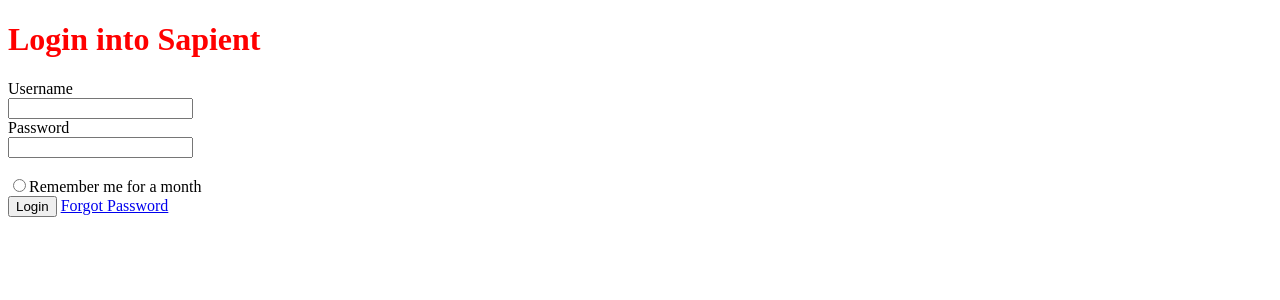
Repository: sauran/SapientTraining
Page: DemoProject/WebContent/Login.html
The author's editor kept a copy of each file at every save. The page is drawn from the files as they stood at one save, then again after the next save.
The browser window is 1280 px wide. The pictures show the whole page.

Above is the page before, as saved 2015-09-15 10:01:18.

After the next save:
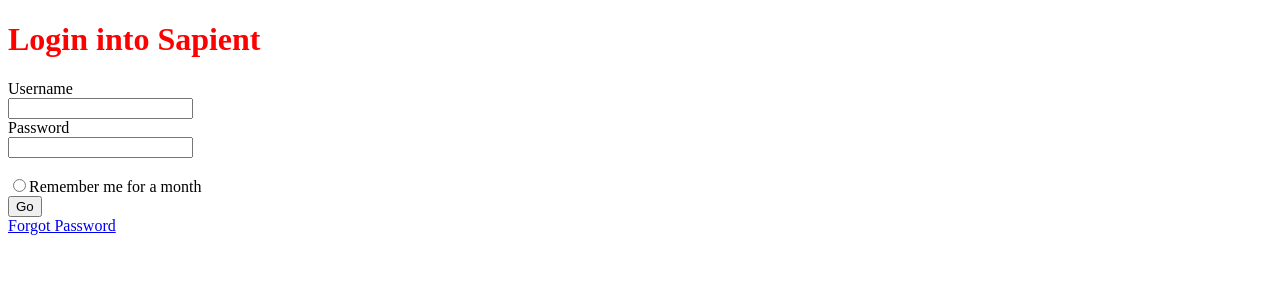
Saved 83 s later.
--- a/DemoProject/WebContent/Login.html
+++ b/DemoProject/WebContent/Login.html
@@ -17,7 +17,7 @@
 
 
 
-		<input type="submit" value="Login" onClick="home.html">
+		<form action="home.html"><input type="submit" Value="Go"></form>
 		<a href = "passwordrecovery.html">Forgot Password</a>
 
 
